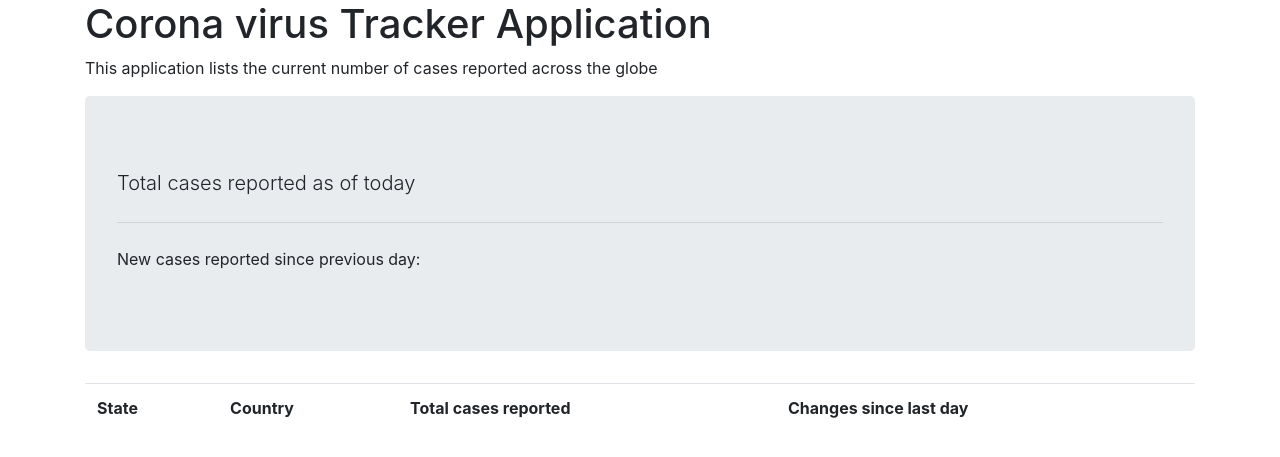
Repository: arthjani/covid_cases_real_time_tracker-
Page: http://localhost/home
The author's editor kept a copy of each file at every save. The page is drawn from the files as they stood at one save, then again after the next save.
The browser window is 1280 px wide. The pictures show the whole page.
The page is this project's Thymeleaf template; nobody is signed in. The template is opened directly, without the code that normally fills it, so the values that code supplies are empty.

Above is the page before, as saved 2022-03-14 04:36:42.

After the next save:
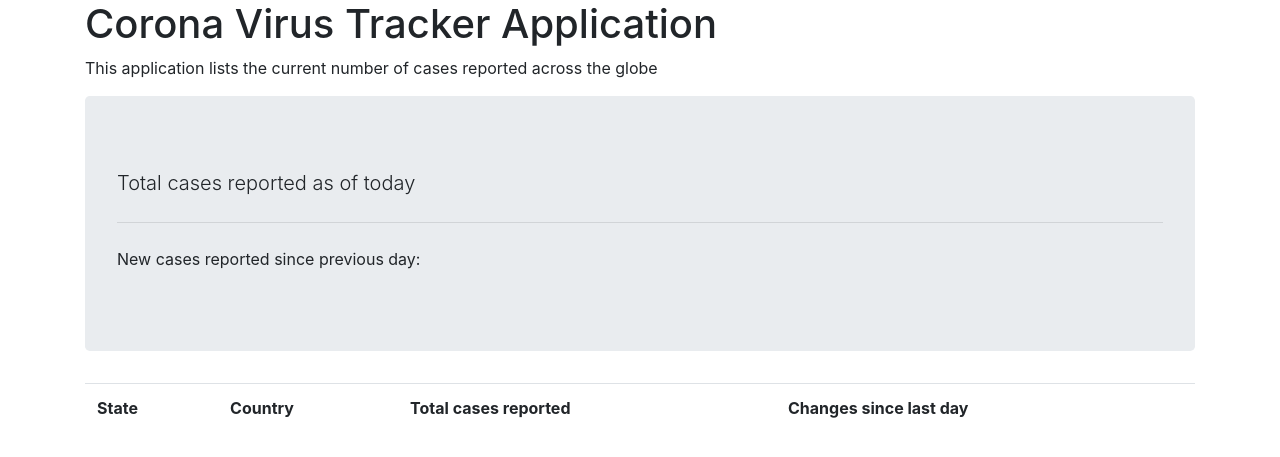
Saved 8 s later.
--- a/covid_tracker/src/main/resources/templates/home.html
+++ b/covid_tracker/src/main/resources/templates/home.html
@@ -10,7 +10,7 @@
 
 <body>
 <div class="container">
-<h1>Corona virus Tracker Application</h1>
+<h1>Corona Virus Tracker Application</h1>
 <p>This application lists the current number of cases reported across the globe</p>
 
 <div class="jumbotron">
